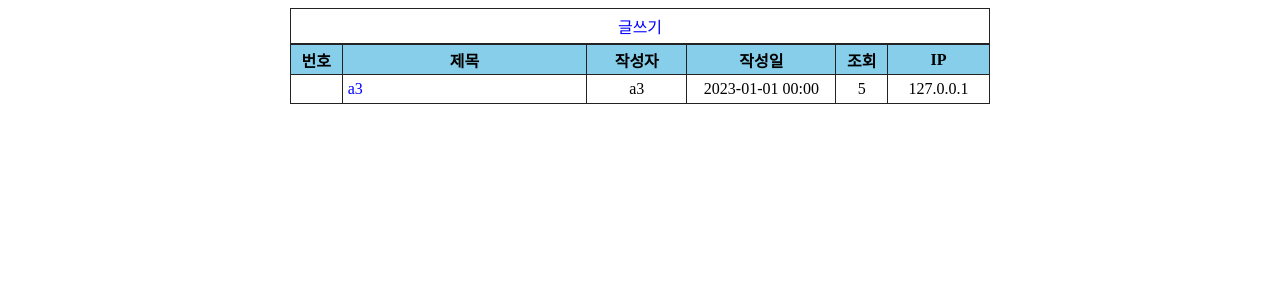
Repository: uj06134/Metabuild_JSP
Page: http://localhost/99_Board2/list.jsp
An editor plug-in stored every save of this project. The page is shown before and after a run of saves, followed by the edit.
The browser window is 1280 px wide. The pictures show the whole page.
The page is served by Tomcat 9. Other server files are loaded and not shown.

Above is the page before, as saved 2025-09-16 08:49:05.

### 99_Board2/src/main/webapp/list.jsp
<%@ page language="java" contentType="text/html; charset=UTF-8"
    pageEncoding="UTF-8"%>
<style>
    table {
        border-collapse: collapse;
        margin: auto;
        width: 700px;
    }
    th {
        background-color: skyblue;
        border: 1px solid #232323;
        height: 30px;
        text-align: center;
    }
    td {
        border: 1px solid #232323;
        padding: 5px;
        text-align: center;
    }
    td.subject {
        text-align: left;
    }
    a {
        text-decoration: none;
        color: blue;
    }
</style>

<table>
    <tr>
        <td colspan="6" align="left">
            <a href="#">글쓰기</a>
        </td>
    </tr>
</table>

<table>
    <tr>
        <th width="50">번호</th>
        <th width="250">제목</th>
        <th width="100">작성자</th>
        <th width="150">작성일</th>
        <th width="50">조회</th>
        <th width="100">IP</th>
    </tr>
    <tr>
        <td></td>
        <td class="subject"><a href="#">a3</a></td>
        <td>a3</td>
        <td>2023-01-01 00:00</td>
        <td>5</td>
        <td>127.0.0.1</td>
    </tr>
</table>

After the next 6 saves:
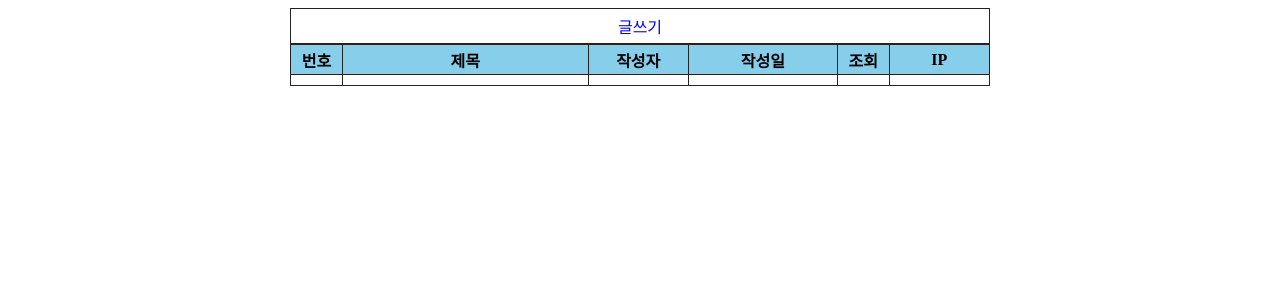
The 6 saves are shown as one change because they came seconds apart.
The last was saved 19 s later.
--- a/99_Board2/src/main/webapp/list.jsp
+++ b/99_Board2/src/main/webapp/list.jsp
@@ -45,10 +45,10 @@
     </tr>
     <tr>
         <td></td>
-        <td class="subject"><a href="#">a3</a></td>
-        <td>a3</td>
-        <td>2023-01-01 00:00</td>
-        <td>5</td>
-        <td>127.0.0.1</td>
+        <td class="subject"><a href="#"></a></td>
+        <td></td>
+        <td></td>
+        <td></td>
+        <td></td>
     </tr>
 </table>
